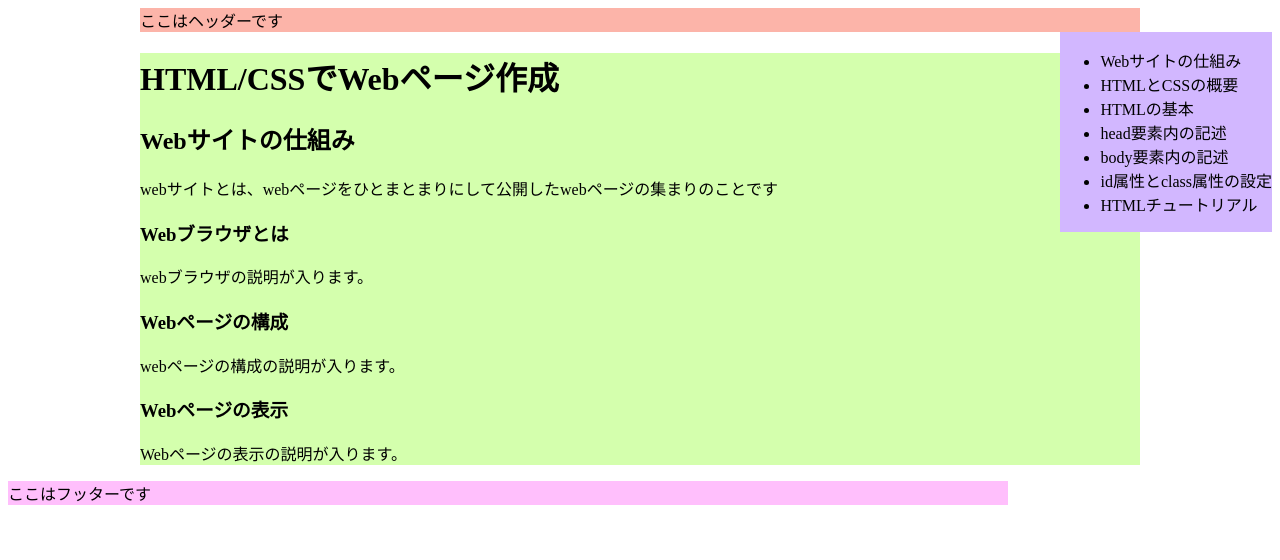
Repository: tak-hs/first-git
Page: kadai-html.html
The author's editor kept a record of every edit. The page is drawn from the files as they stood at one moment, then again after the next edit.
The browser window is 1280 px wide. The pictures show the whole page.

Above is the page before.

### kadai-html.html
<!DOCTYPE html>
<html lang="ja">
    <head>
        <meta charset="utf-8">
        <title>HTML/CSSでWebページ作成</title>
        <link rel="stylesheet" href="./kadai-css.css">
    </head>
    <body>
        <header>
            <p>ここはヘッダーです</p>
            <nav id="global_navi">
                <ul>
                    <li>Webサイトの仕組み</li>
                    <li>HTMLとCSSの概要</li>
                    <li>HTMLの基本</li>
                    <li>head要素内の記述</li>
                    <li>body要素内の記述</li>
                    <li>id属性とclass属性の設定</li>
                    <li>HTMLチュートリアル</li>
                </ul>
        </header>
        <div id="wrapper"  class="clearfix">
            <div id="main">
              <h1>HTML/CSSでWebページ作成</h1>
              <h2>Webサイトの仕組み</h2>
              <p>webサイトとは、webページをひとまとまりにして公開したwebページの集まりのことです</p>

              <nav id="menu">
                <h3>Webブラウザとは</h3>
                <p>webブラウザの説明が入ります。</p>

                <h3>Webページの構成</h3>
                <p>webページの構成の説明が入ります。</p>

                <h3>Webページの表示</h3>
                <p>Webページの表示の説明が入ります。</p>
              </nav>

            </div>
        </div>

        <footer>
            <p>ここはフッターです</p>
        </footer>

    </body>
</html>

### kadai-css.css
@charset "UTF-8";

header{
}

header p{
    width:1000px;
    margin:0 auto;
    background-color: #fcb4a9;
}

#global_navi{
    float:right;
    margin:0 auto;
    background-color:#d2b7ff;
}

#wrapper{
    width:1000px;
    margin:0 auto;
    margin-bottom:0;
    background-color: #d4ffad;
}


footer{
    width:1000px;
    margin-top:0;
    background-color: #ffbffc;
}

After the next edit:
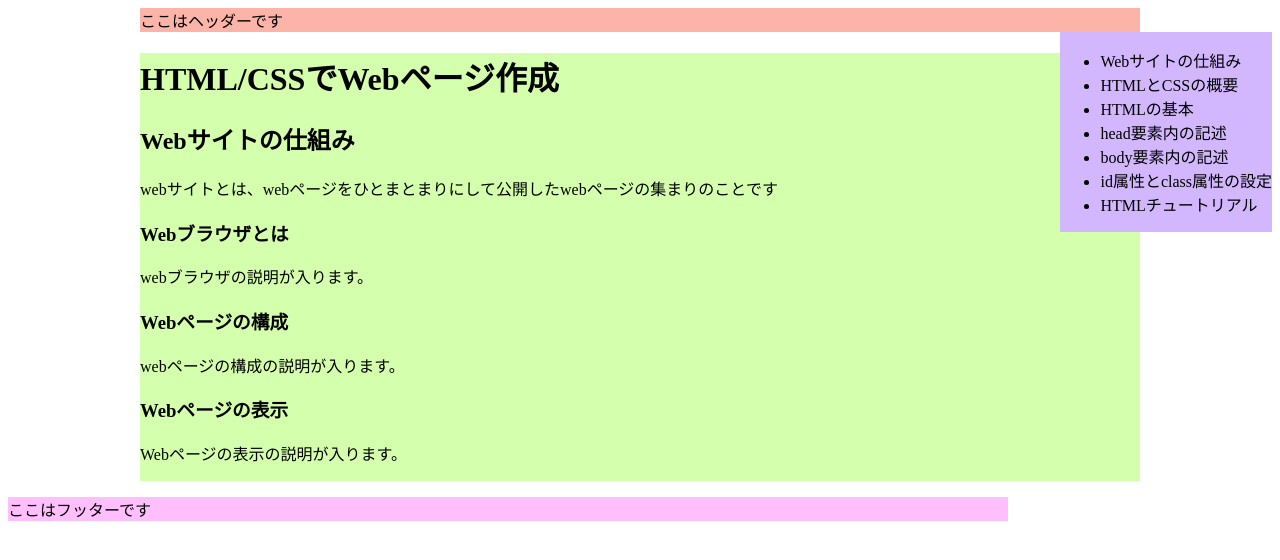
The edit:
--- a/kadai-css.css
+++ b/kadai-css.css
@@ -1,6 +1,12 @@
 @charset "UTF-8";
 
 header{
+}
+
+.clearfix::after {
+    content: '';
+    display: block;
+    clear: both;
 }
 
 header p{
